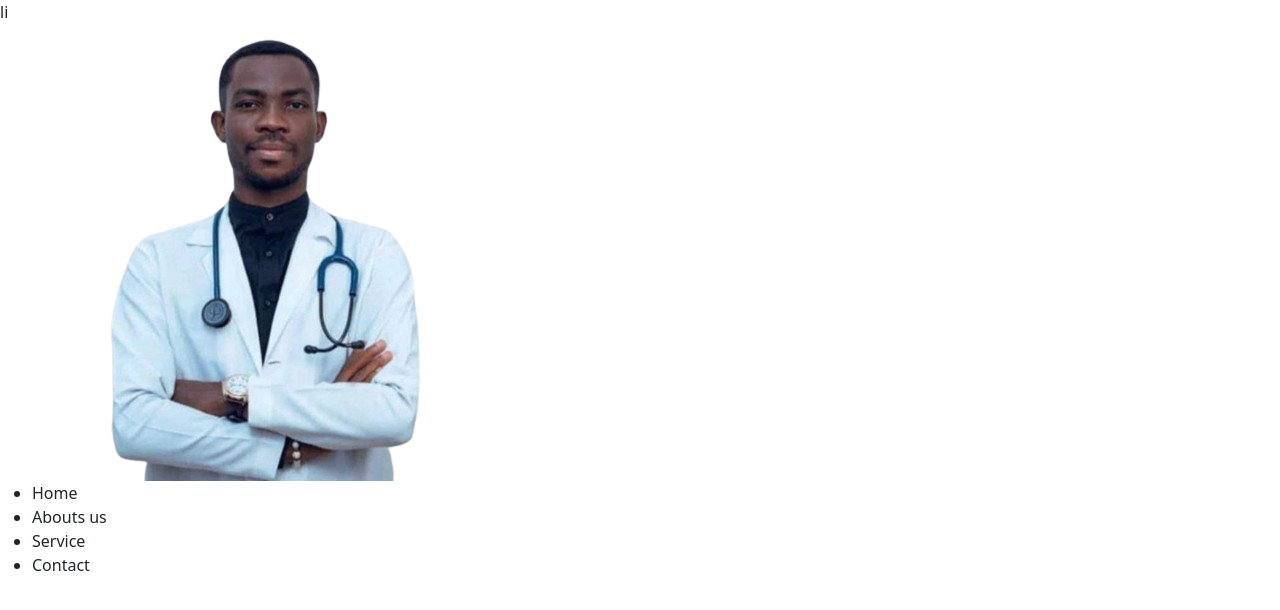
Repository: ChidexStanley/MEDIXT-AI
Page: home.html
These files come from the project's save history. The page is drawn as it stood at one moment and after the next save; the edit follows.
The browser window is 1280 px wide. The pictures show the whole page.

Above is the page before, as saved 2024-07-15 01:33:06.

### home.html
<!DOCTYPE html>
<html lang="en">

<head>
    <meta charset="UTF-8">
    <meta name="viewport" content="width=device-width, initial-scale=1.0">
    <title>Medit-Ai</title>

    <!-- boostrap style cdn  -->
    <link href="https://cdn.jsdelivr.net/npm/bootstrap@5.0.2/dist/css/bootstrap.min.css" rel="stylesheet"
        integrity="sha384-EVSTQN3/azprG1Anm3QDgpJLIm9Nao0Yz1ztcQTwFspd3yD65VohhpuuCOmLASjC" crossorigin="anonymous">

    <!-- google font -->
    <link rel="preconnect" href="https://fonts.googleapis.com">
    <link rel="preconnect" href="https://fonts.gstatic.com" crossorigin>
    <link
        href="https://fonts.googleapis.com/css2?family=Poppins:ital,wght@0,100;0,200;0,300;0,400;0,500;0,600;0,700;0,800;0,900;1,100;1,200;1,300;1,400;1,500;1,600;1,700;1,800;1,900&display=swap"
        rel="stylesheet">

        <!-- css style  -->
         li
</head>

<body>
    <header>
        <img src="assets/images/doc.png" alt="logo">
        <nav>
            <ul>
                <li>Home</li>
                <li>Abouts us</li>
                <li>Service</li>
                <li>Contact</li>
            </ul>
        </nav>
    </header>


    <script src="https://cdn.jsdelivr.net/npm/bootstrap@5.0.2/dist/js/bootstrap.bundle.min.js"
        integrity="sha384-MrcW6ZMFYlzcLA8Nl+NtUVF0sA7MsXsP1UyJoMp4YLEuNSfAP+JcXn/tWtIaxVXM"
        crossorigin="anonymous"></script>
</body>

</html>

### assets/css/style.css
*{
    font-family: 'Lucida Sans', 'Lucida Sans Regular', 'Lucida Grande', 'Lucida Sans Unicode', Geneva, Verdana, sans-serif;

}

body {
    width: 100%;
    height: 100%;
}

.container-fluid {
    width: 100%;
    height: auto;
}

.form1 {
    border: 1px solid #f1f1f1;
    border-radius: 15px;
    box-shadow: 2px 2px 2px 2px;
    width: 591px;
    height: 467px;
    margin: 63px 10px;
    padding: 10px;
    background-color: #fff;
}

.form2 {
    border: 1px solid #f1f1f1;
    border-radius: 15px;
    box-shadow: 2px 2px 2px 2px;
    width: 591px;
    height: 543px;
    margin: 63px 10px;
    padding: 10px;
    background-color: #fff;
}

input[type=email],input[type=number], input[type=password] {
    width: 100%;
    padding: 12px 20px;
    margin: 8px 0;
    display: inline-block;
    border: 2px solid #1CA4AC;
    border-radius: 10PX;
    box-sizing: border-box;
}

button {
    background-color: #1CA4AC;
    color: white;
    padding: 14px 5px;
    margin: 8px 200px;
    border: none;
    border-radius: 10PX;
    cursor: pointer;
    width: 30%;
    align-items: center;
}


.head {
    text-align: center;
    margin: 24px 0 12px 0;
}


.container {
    padding: 16px;
}


.img1{
    width: 100%;
    height: 100%;
    object-fit: cover;
}

.rgt{
    margin-left: 130px;
    padding: 0;

}

.box_1{
    border-radius: 10px;
    border: #000;
    align-items: center;
    width: 100%;
    height: 100%;
    padding: 15px;
    background-color: #fff;
    box-shadow: 2px 2px 5px 5px;
    margin-top: 10px;
}

.input {
    border-radius: 7px;
    border-color: #1CA4AC;
    padding-left: 7px;
}

After the next save:
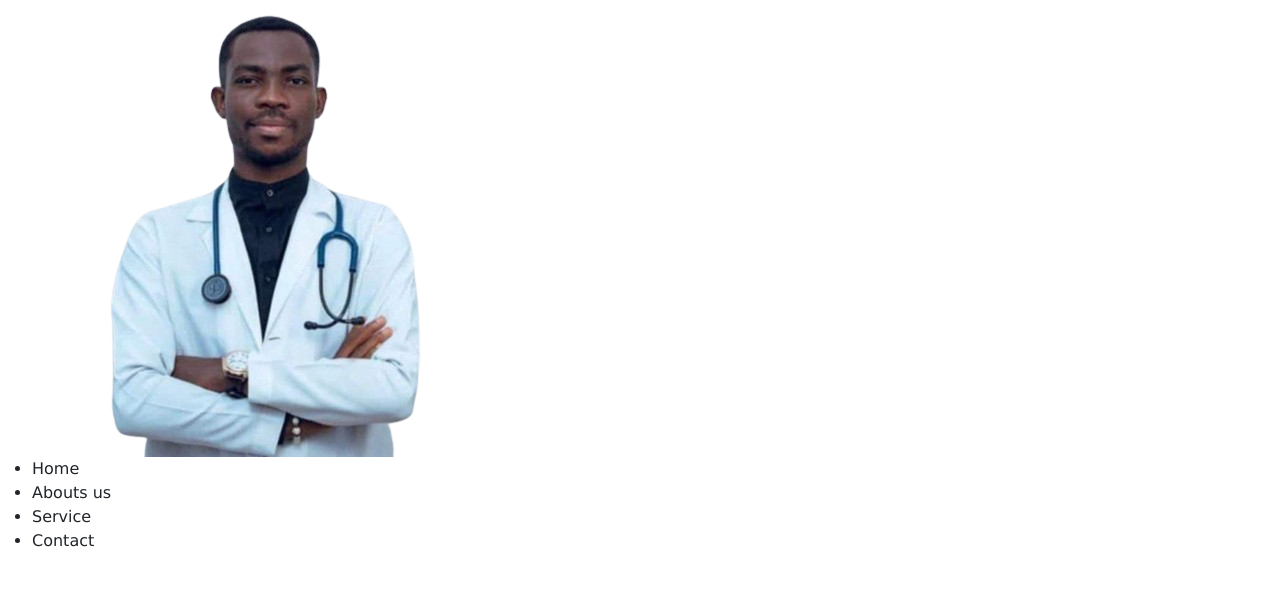
Saved 4 s later.
--- a/home.html
+++ b/home.html
@@ -18,7 +18,7 @@
         rel="stylesheet">
 
         <!-- css style  -->
-         li
+         <link rel="stylesheet" href="style.css">
 </head>
 
 <body>
